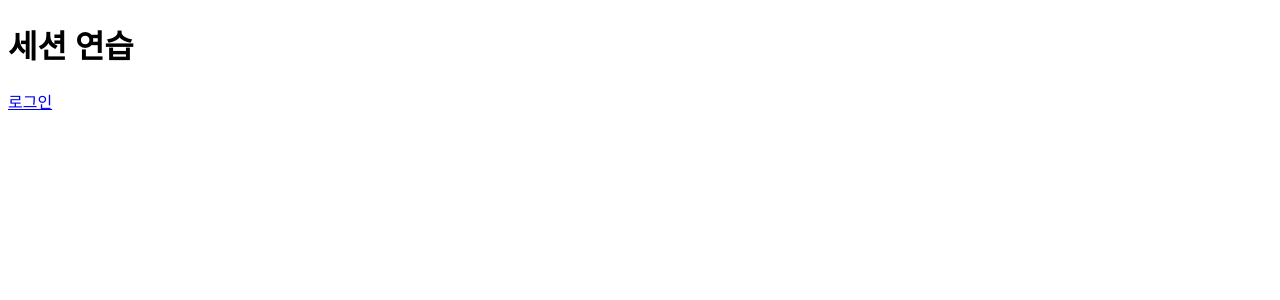
Repository: pro-hk/jsp
Page: http://localhost/chap05/main.jsp
These files come from the project's save history. The page is drawn as it stood at one moment and after the next save; the edit follows.
The browser window is 1280 px wide. The pictures show the whole page.
The page is served by Tomcat 9.

Above is the page before, as saved 2022-01-25 05:00:11.

After the next save:
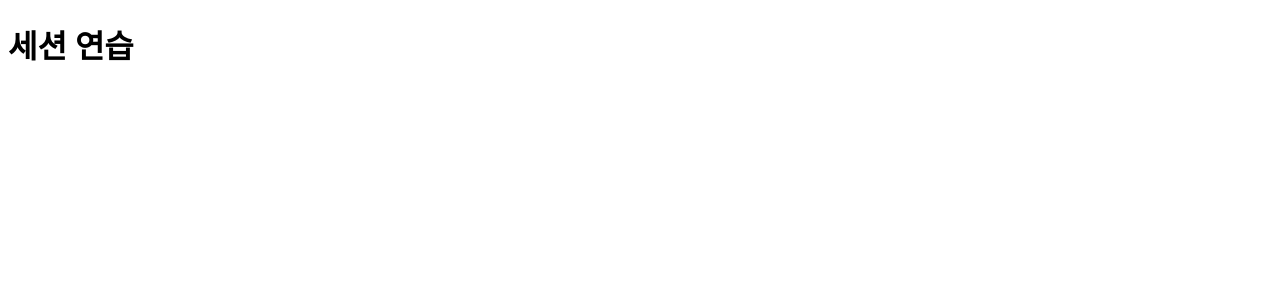
Saved 11 s later.
--- a/chap05/src/main/webapp/main.jsp
+++ b/chap05/src/main/webapp/main.jsp
@@ -12,7 +12,7 @@
 </head>
 <body>
 	<h1>세션 연습</h1>
-	<%if(login_user!="" || login_user!=null) { %>
+	<%if(login_user=="" || login_user!=null) { %>
 	<a href="id_save_session.jsp">로그인</a>
 	<% } %>
 </body>

After the save that followed:
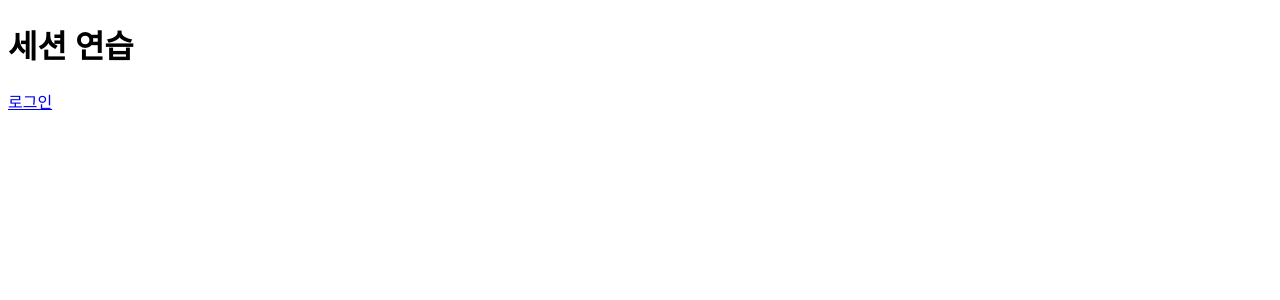
Saved 4 s later.
--- a/chap05/src/main/webapp/main.jsp
+++ b/chap05/src/main/webapp/main.jsp
@@ -12,7 +12,7 @@
 </head>
 <body>
 	<h1>세션 연습</h1>
-	<%if(login_user=="" || login_user!=null) { %>
+	<%if(login_user=="" || login_user==null) { %>
 	<a href="id_save_session.jsp">로그인</a>
 	<% } %>
 </body>
